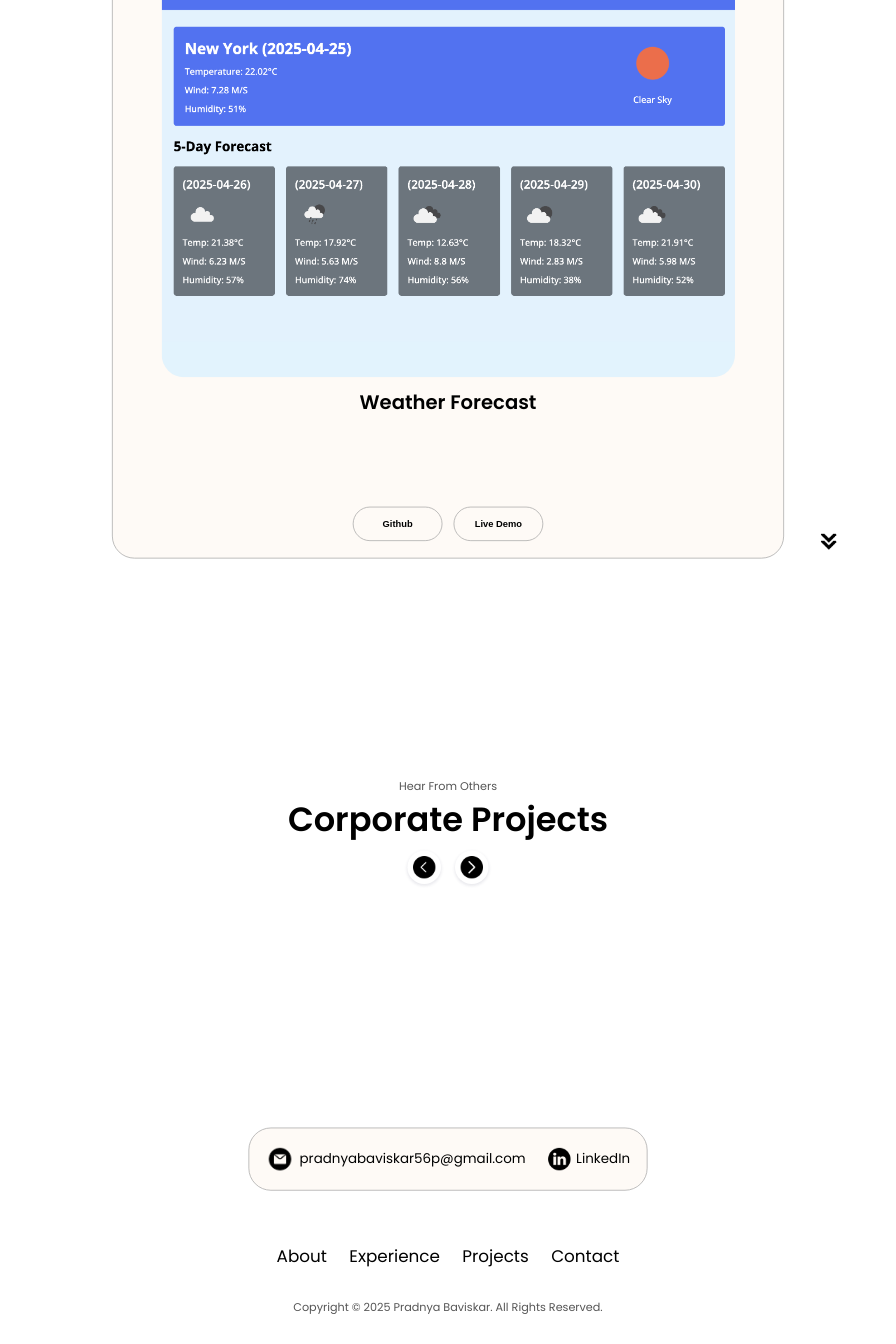
Repository: Pradnya-07/Portfolio-Pradnya
Page: index.html
These files come from the project's save history. The page is drawn as it stood at one moment and after the next save; the edit follows.
The browser window is 1280 px wide. The pictures show the part of the page from y = 4107 to 6027 px (the page is 6027 px tall), at 70% of full size.
A picture or video elsewhere on the page could not be fetched, so the positions and the page height are approximate.

Above is the page before, as saved 2025-05-04 12:03:11.

After the next save:
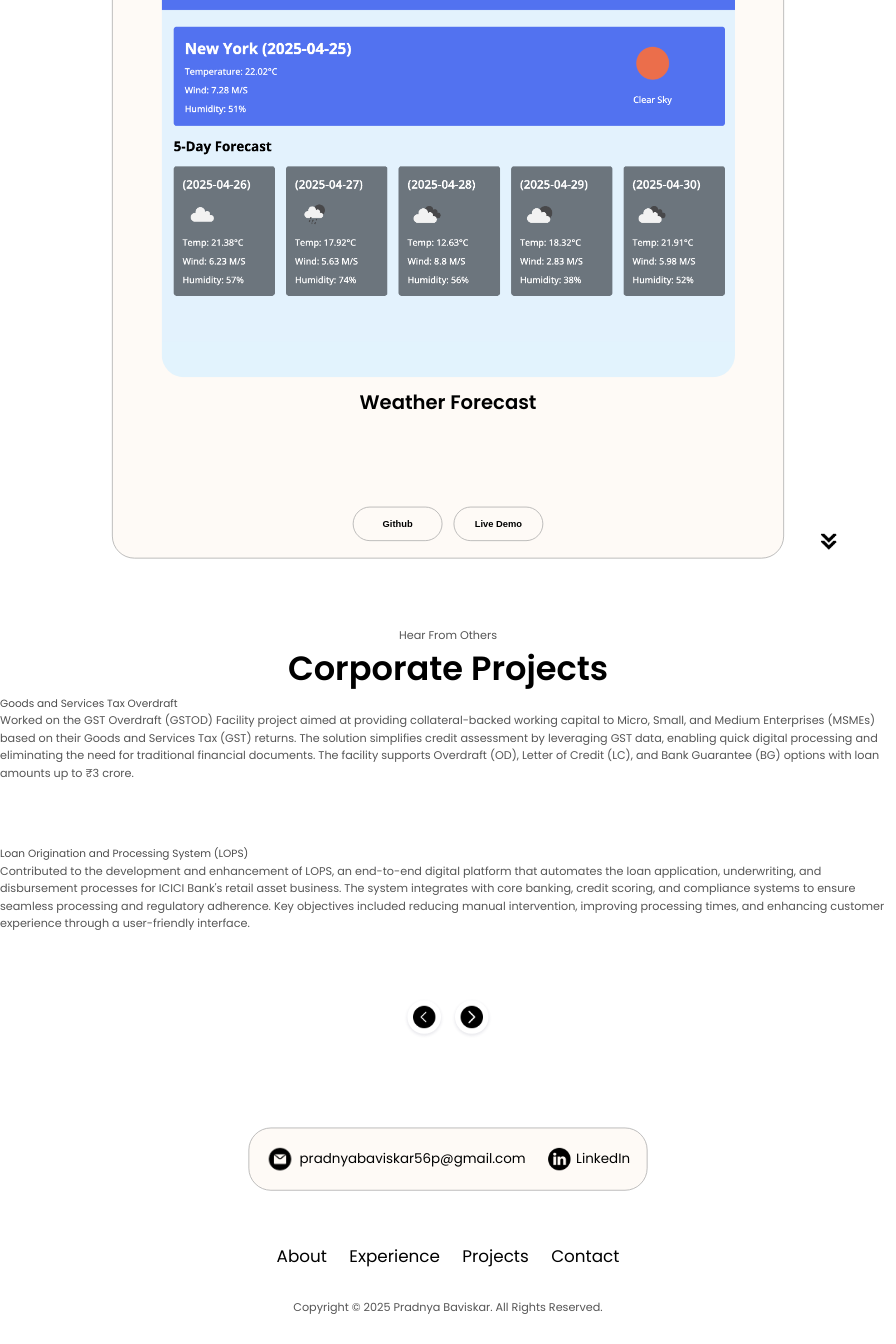
Saved 2 min 40 s later.
--- a/index.html
+++ b/index.html
@@ -425,7 +425,7 @@
   <div class="testimonials-container">
     <p class="section__text__p1">Hear From Others</p>
     <h1 class="title">Corporate Projects</h1>
-    <div class="testimonial">
+    <div class="">
       <span class="numbertext">Goods and Services Tax Overdraft</span>
       <p class="testtext">
         Worked on the GST Overdraft (GSTOD) Facility project aimed at providing collateral-backed working
@@ -439,7 +439,7 @@
     </div>
 
 
-    <div class="testimonial">
+    <div class="">
       <span class="numbertext">Loan Origination and Processing System (LOPS)</span>
       <p class="testtext">
         Contributed to the development and enhancement of LOPS,

After the save that followed:
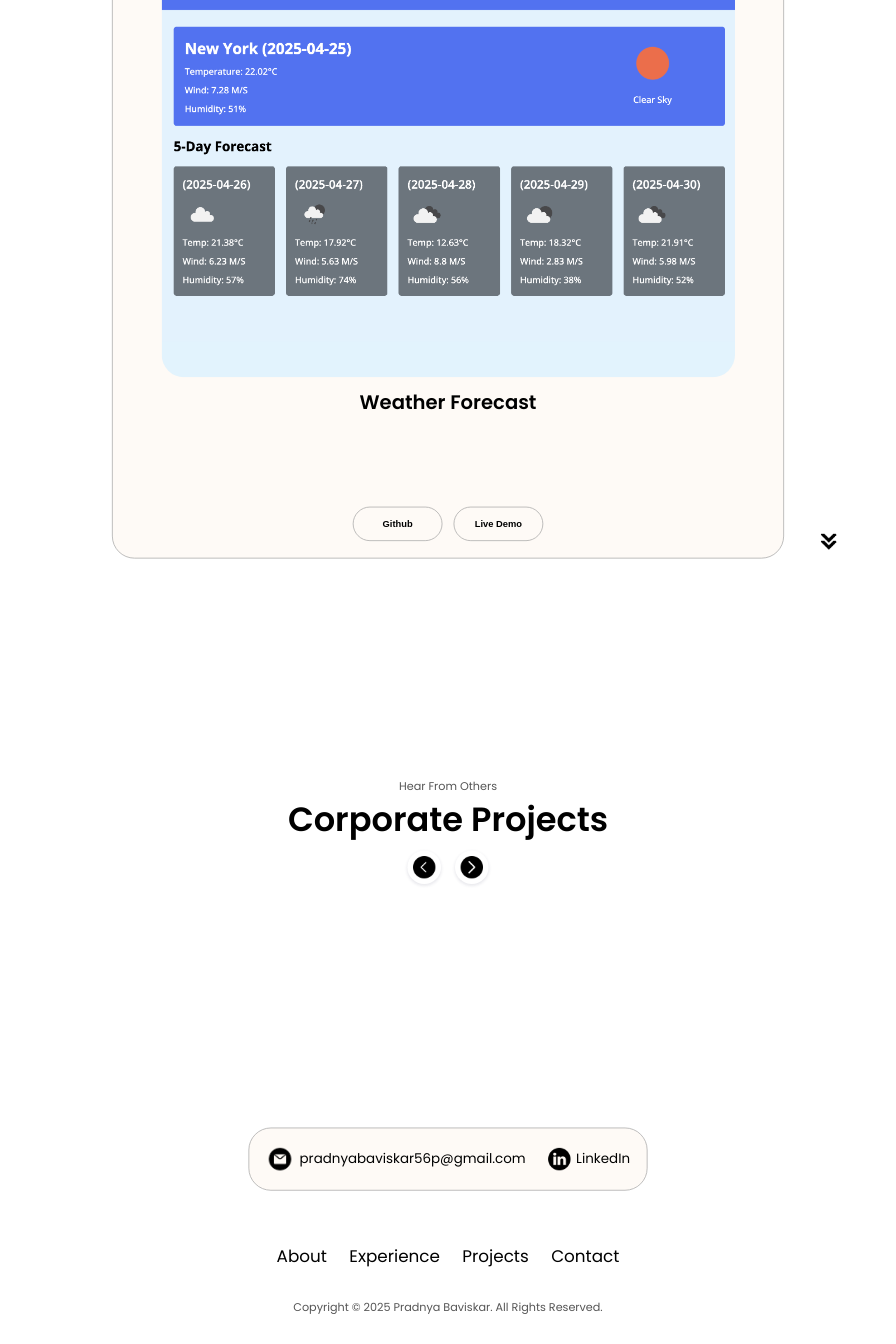
Saved 90 s later.
--- a/index.html
+++ b/index.html
@@ -425,7 +425,7 @@
   <div class="testimonials-container">
     <p class="section__text__p1">Hear From Others</p>
     <h1 class="title">Corporate Projects</h1>
-    <div class="">
+    <div class="testimonial">
       <span class="numbertext">Goods and Services Tax Overdraft</span>
       <p class="testtext">
         Worked on the GST Overdraft (GSTOD) Facility project aimed at providing collateral-backed working
@@ -439,7 +439,7 @@
     </div>
 
 
-    <div class="">
+    <div class="testimonial">
       <span class="numbertext">Loan Origination and Processing System (LOPS)</span>
       <p class="testtext">
         Contributed to the development and enhancement of LOPS,
